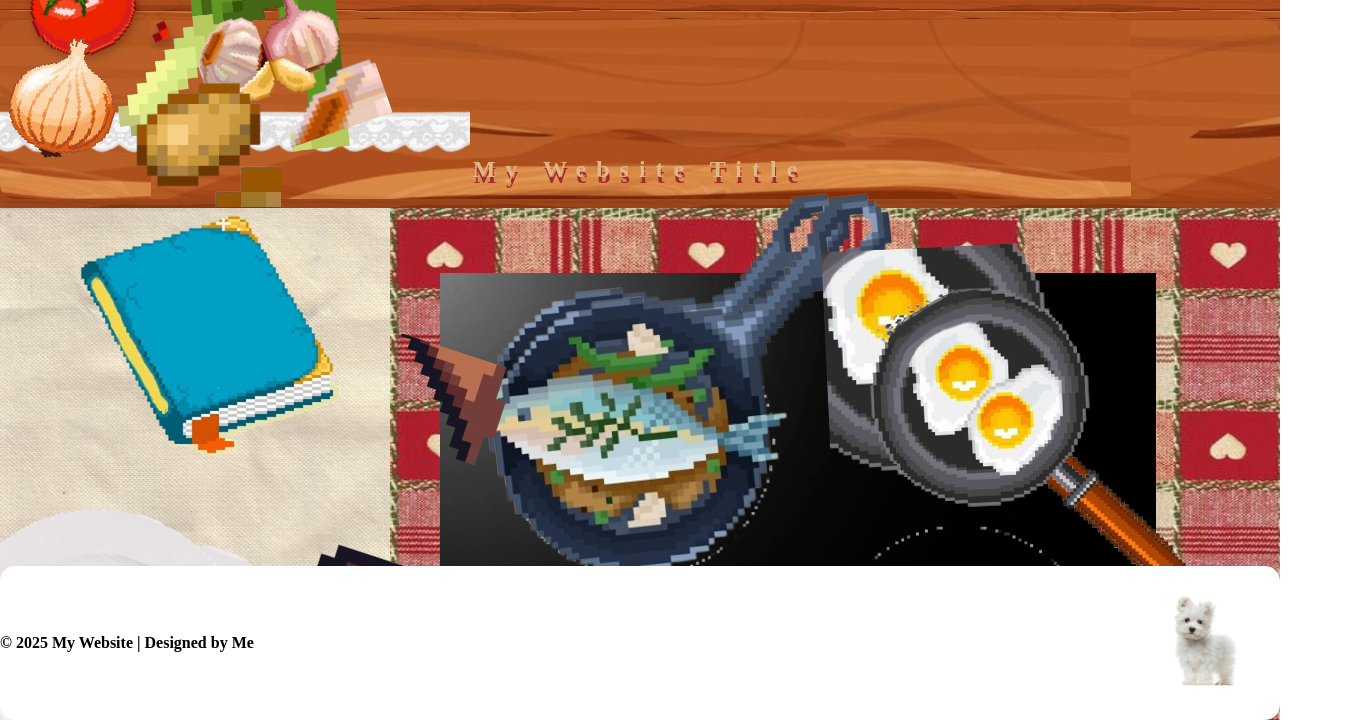
Repository: AJamdonuts/ToddyTalks
Page: playingaround2/pages/chefsujin.html
An editor plug-in stored every save of this project. The page is shown before and after the next save, followed by the edit.
The browser window is 1280 px wide. The page is 1280 px wide, then 1364 px, so the pictures cover 1364 px, including what lies to the right of the window. The pictures show the whole page.
An inner scrolling area shows only its first screen.

Above is the page before, as saved 2025-11-26 23:48:10.

After the next save:
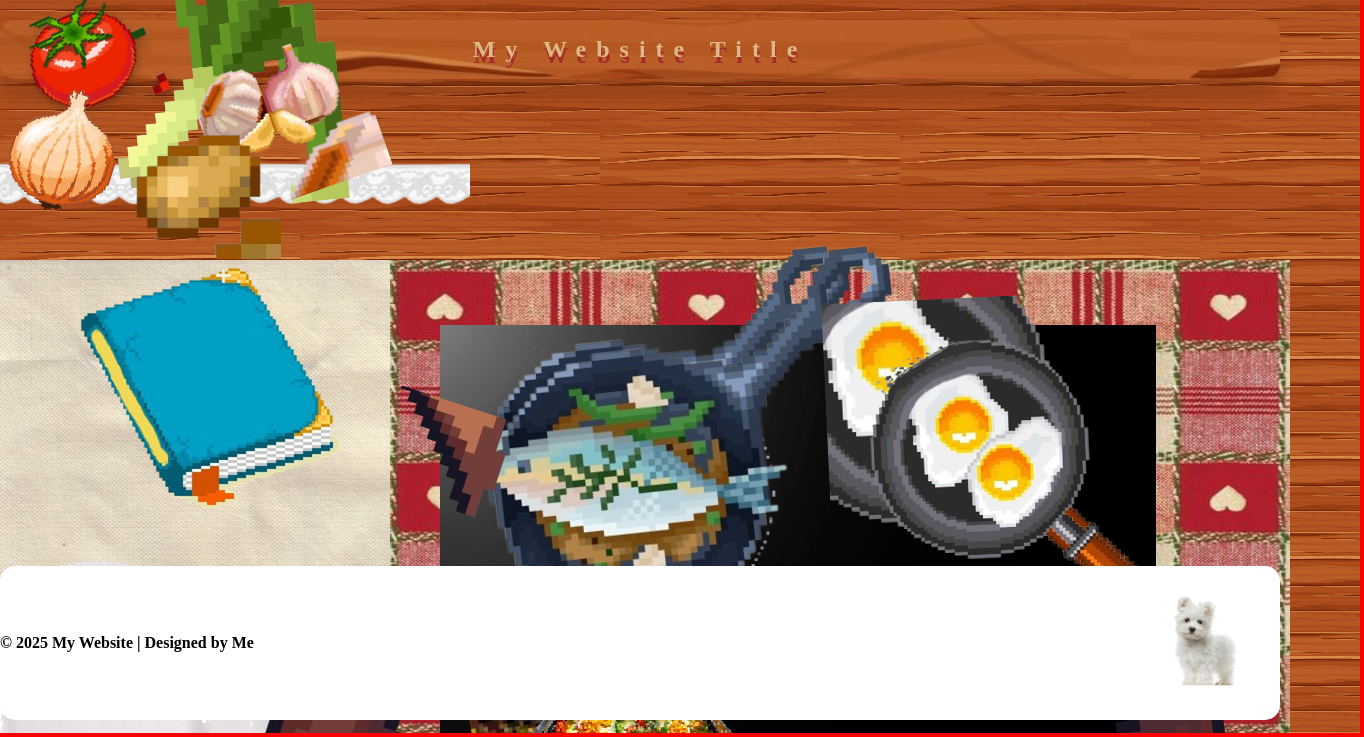
Saved 4 min 15 s later.
--- a/playingaround2/styles/chefsujin.css
+++ b/playingaround2/styles/chefsujin.css
@@ -10,7 +10,6 @@ html, body {
     height: 100%;
     margin: 0;
     padding: 0;
-    overflow: auto;
 }
 
 
@@ -43,10 +42,11 @@ main {
     top: 50%;
     left: 50%;
     width: 1440px;   /* design width */
-    height: 1024px;  /* design height */
+    height: 800px;  /* design height */
     transform-origin: top left; /* easier to work with scaling */
     transform: translate(-50%, -50%) scale(var(--scale-factor, 1));
     border: 4px solid red !important;
+    overflow: auto;
 }
 
 .canvas-content {
@@ -260,7 +260,7 @@ header {
 
 /* IMAGE CONTAINER */
 .header-images {
-  position: relative;       /* creates a frame for absolute children */
+  position: fixed;       /* creates a frame for absolute children */
   width: 120px;               /* how wide the image area is */
   max-width: 120px;         /* don’t let it grow too large */
   overflow: hidden;
@@ -269,7 +269,7 @@ header {
 
 /* BOTH IMAGES STACKED ON TOP OF EACH OTHER */
 .header-images img {
-  position: absolute;
+  position: fixed;
   top: 0;
   left: 0;
   width: 100%;              /* fill container */
--- a/playingaround2/javascript/chefsujin.js
+++ b/playingaround2/javascript/chefsujin.js
@@ -1,6 +1,6 @@
 function calculateScaleFactor() {
     const DESIGN_WIDTH = 1440;
-    const DESIGN_HEIGHT = 1024;
+    const DESIGN_HEIGHT = 800;
     const MIN_SCALE = 0.5;
 
     const viewportWidth = window.innerWidth;
